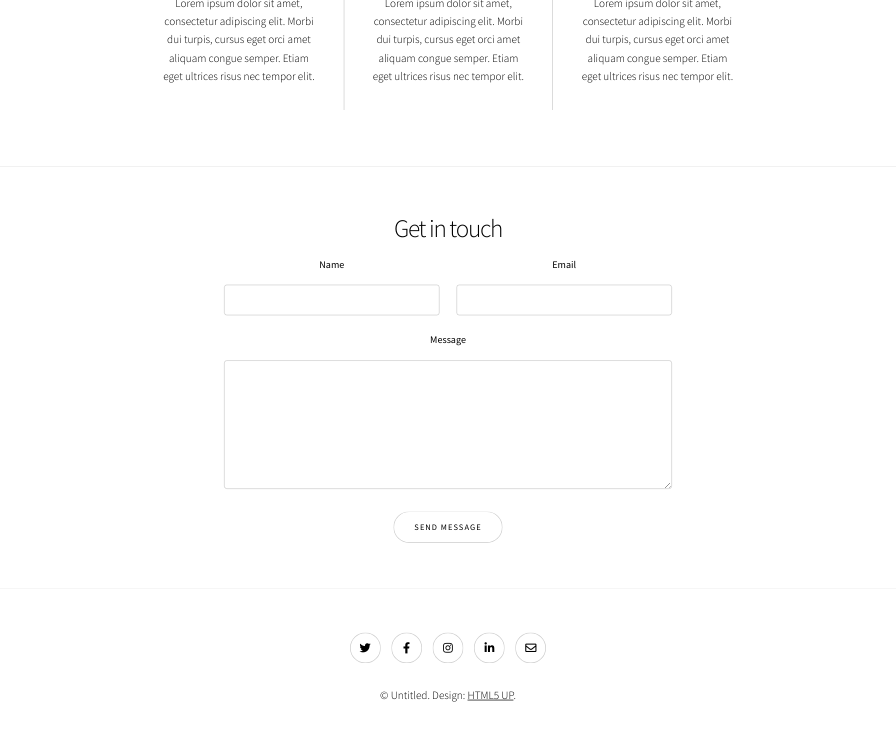
Repository: alejandroRdzGarza/4est-box-landing-page
Page: index.html
An editor plug-in stored every save of this project. The page is shown before and after the next save, followed by the edit.
The browser window is 1280 px wide. The pictures show the part of the page from y = 3651 to 5571 px (the page is 4721 px tall before and 5897 px after), at 70% of full size.

Above is the page before, as saved 2025-03-04 18:32:49.

After the next save:
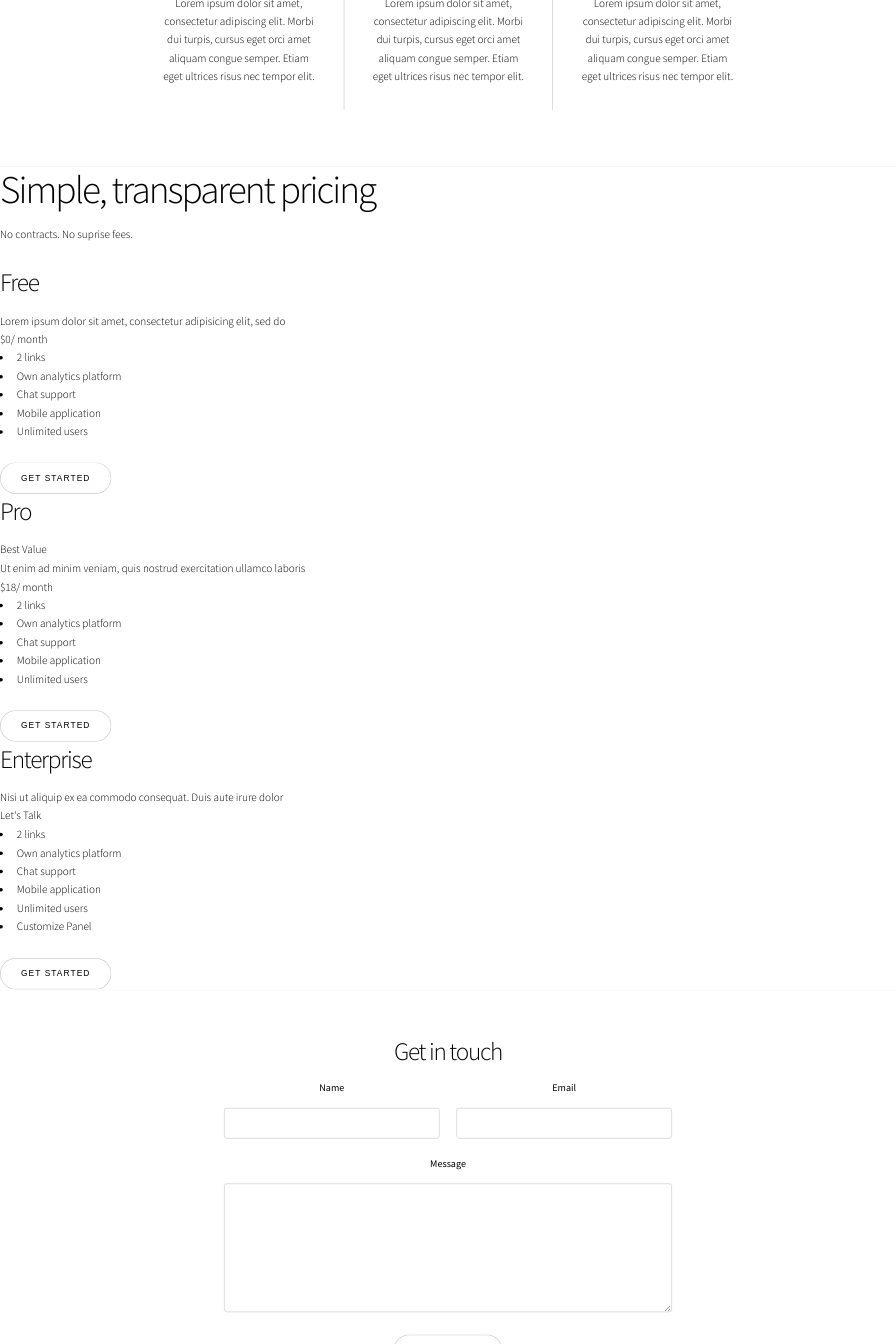
Saved 7 min 29 s later.
--- a/index.html
+++ b/index.html
@@ -300,6 +300,93 @@
 						</div>
 					</section>
 
+
+<section class="plans__container">
+	<div class="plans">
+	  <div class="plansHero">
+		<h1 class="plansHero__title">Simple, transparent pricing</h1>
+		<p class="plansHero__subtitle">No contracts. No suprise fees.</p>
+	  </div>
+	  <div class="planItem__container">
+		<!--free plan starts -->
+		<div class="planItem planItem--free">
+
+		  <div class="card">
+			<div class="card__header">
+			  <div class="card__icon symbol symbol--rounded"></div>
+			  <h2>Free</h2>
+			</div>
+			<div class="card__desc">Lorem ipsum dolor sit amet, consectetur adipisicing elit, sed do</div>
+		  </div>
+
+		  <div class="price">$0<span>/ month</span></div>
+
+		  <ul class="featureList">
+			<li>2 links</li>
+			<li>Own analytics platform</li>
+			<li class="disabled">Chat support</li>
+			<li class="disabled">Mobile application</li>
+			<li class="disabled">Unlimited users</li>
+		  </ul>
+
+		  <button class="button">Get Started</button>
+		</div>
+		<!--free plan ends -->
+
+		<!--pro plan starts -->
+		<div class="planItem planItem--pro">
+		  <div class="card">
+			<div class="card__header">
+			  <div class="card__icon symbol"></div>
+			  <h2>Pro</h2>
+			  <div class="card__label label">Best Value</div>
+			</div>
+			<div class="card__desc">Ut enim ad minim veniam, quis nostrud exercitation ullamco laboris</div>
+		  </div>
+
+		  <div class="price">$18<span>/ month</span></div>
+
+		  <ul class="featureList">
+			<li>2 links</li>
+			<li>Own analytics platform</li>
+			<li>Chat support</li>
+			<li class="disabled">Mobile application</li>
+			<li class="disabled">Unlimited users</li>
+		  </ul>
+
+		  <button class="button button--pink">Get Started</button>
+		</div>
+		<!--pro plan ends -->
+
+		<!--entp plan starts -->
+		<div class="planItem planItem--entp">
+		  <div class="card">
+			<div class="card__header">
+			  <div class="card__icon"></div>
+			  <h2>Enterprise</h2>
+			</div>
+			<div class="card__desc">Nisi ut aliquip ex ea commodo consequat. Duis aute irure dolor</div>
+		  </div>
+
+		  <div class="price">Let's Talk</div>
+
+		  <ul class="featureList">
+			<li>2 links</li>
+			<li>Own analytics platform</li>
+			<li>Chat support</li>
+			<li>Mobile application</li>
+			<li>Unlimited users</li>
+			<li>Customize Panel</li>
+		  </ul>
+
+		  <button class="button button--white">Get Started</button>
+		</div>
+		<!--entp plan ends -->
+
+	  </div>
+	</div>
+  </section>
+
 				<!-- Seven -->
 					<section class="wrapper style1 align-center">
 						<div class="inner medium">
